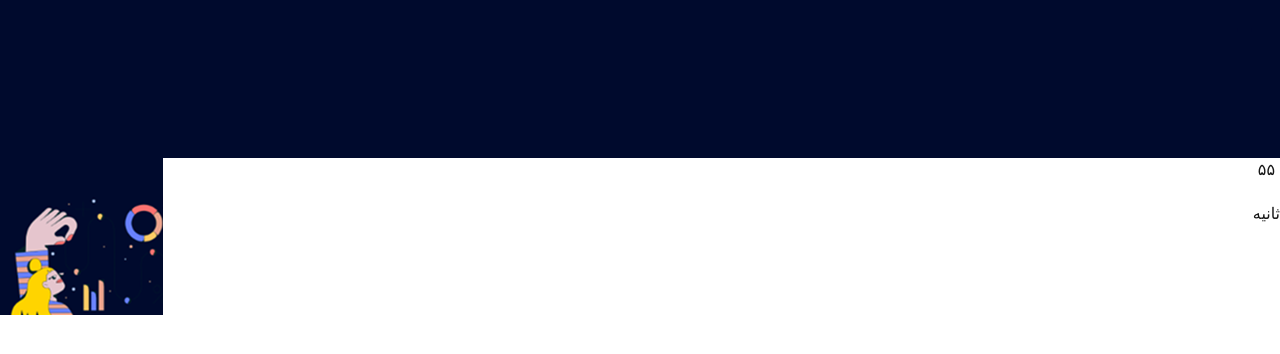
Repository: sinafath/fradars
Page: /
The author's editor kept a copy of each file at every save. The page is drawn from the files as they stood at one save, then again after the next save.
The browser window is 1280 px wide. The pictures show the whole page.
The project was rebuilt for these pictures with package versions that can differ from the ones it lists, and the page was loaded fresh each time. The framework's server and built-in components were replaced by stand-ins that run in the browser. Also part of the build but not shown: next.config.ts.

Above is the page before, as saved 2025-09-21 17:49:45.

### src/app/layout.tsx
import type { Metadata } from "next";
import localFont from 'next/font/local'
import "./globals.css";

const myFont = localFont({
  src: '../../public/yekan.ttf',
})


export const metadata: Metadata = {
  title: "Fradars",
  description: "tutoring website",
};

export default function RootLayout({
  children,
}: Readonly<{
  children: React.ReactNode;
}>) {
  return (
    <html lang="fa" dir="rtl" className={myFont.className}>
      <body
      >
        {children}
      </body>
    </html>
  );
}

### src/app/page.tsx
import { Column, Row } from "@/components/core";
import Image from "next/image";

export default function Home() {
  return (
    <div>
      <div className="w-full bg-[#000A2D] h-[158px]"></div>
      <Image
        aria-hidden
        className="absolute left-0"
        src="/1.png"
        alt="File icon"
        width={163}
        height={157}
      />
      <Image
        aria-hidden
        className="absolute top-[28px] right-[28px]"
        src="/2.svg"
        alt="File icon"
        width={15}
        height={15}
      />
      <Row className="top-[30px] right=[83px] gap-[18px]" >
        <Column className="gap-[20px] text-center">
          <span>۵۵</span>
          <span>ثانیه</span>
        </Column >

      </Row>
    </div>
  );
}

### src/components/core.tsx
import { cn } from "@/lib/utils";
import { ReactNode } from "react";

type AlignItems = 'start' | 'center' | 'end' | 'baseline' | 'stretch';
type JustifyContent = 'start' | 'center' | 'end' | 'between' | 'around' | 'evenly';

interface FlexProps {
    children?: ReactNode;
    className?: string;
    align?: AlignItems;
    justify?: JustifyContent;
}

const alignClasses: Record<AlignItems, string> = {
    start: 'items-start',
    center: 'items-center',
    end: 'items-end',
    baseline: 'items-baseline',
    stretch: 'items-stretch',
};

const justifyClasses: Record<JustifyContent, string> = {
    start: 'justify-start',
    center: 'justify-center',
    end: 'justify-end',
    between: 'justify-between',
    around: 'justify-around',
    evenly: 'justify-evenly',
};

interface CenterProps {
    children: ReactNode;
    className?: string;
}

function Center({ children, className }: CenterProps) {
    return (
        <div className={cn('flex items-center justify-center', className)}>
            {children}
        </div>
    );
}

function Row({
    children,
    className,
    align = 'center',
    justify = 'start',
    ...props
}: FlexProps) {
    return (
        <div
            className={cn('flex flex-row', alignClasses[align], justifyClasses[justify], className)}
            {...props}
        >
            {children}
        </div>
    );
}

function Column({
    children,
    className,
    align = 'center',
    justify = 'start',
    ...props
}: FlexProps) {
    return (
        <div
            className={cn('flex flex-col', alignClasses[align], justifyClasses[justify], className)}
            {...props}
        >
            {children}
        </div>
    );
}

export { Column, Center, Row };

Loaded but not shown: src/app/globals.css (common file); src/lib/utils.ts (common file)

After the next save:
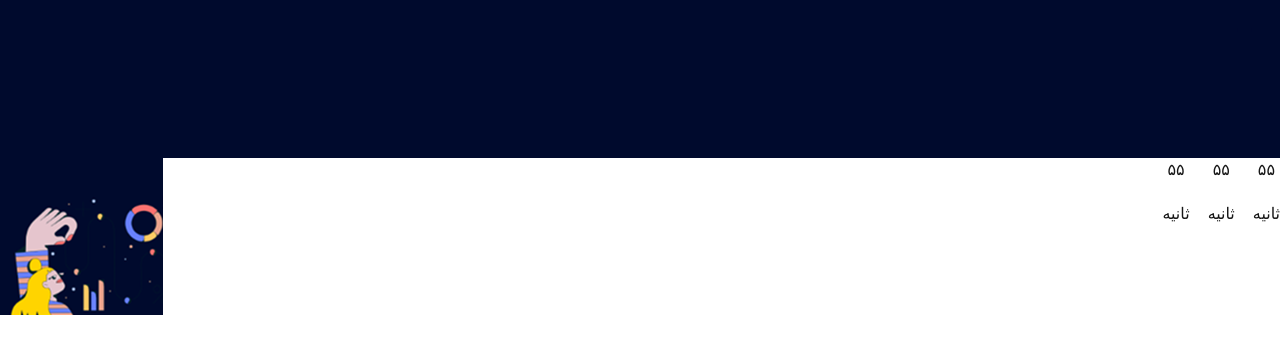
Saved 6 s later.
--- a/src/app/page.tsx
+++ b/src/app/page.tsx
@@ -26,6 +26,13 @@
           <span>۵۵</span>
           <span>ثانیه</span>
         </Column >
+               <Column className="gap-[20px] text-center">
+          <span>۵۵</span>
+          <span>ثانیه</span>
+        </Column >       <Column className="gap-[20px] text-center">
+          <span>۵۵</span>
+          <span>ثانیه</span>
+        </Column >
 
       </Row>
     </div>
